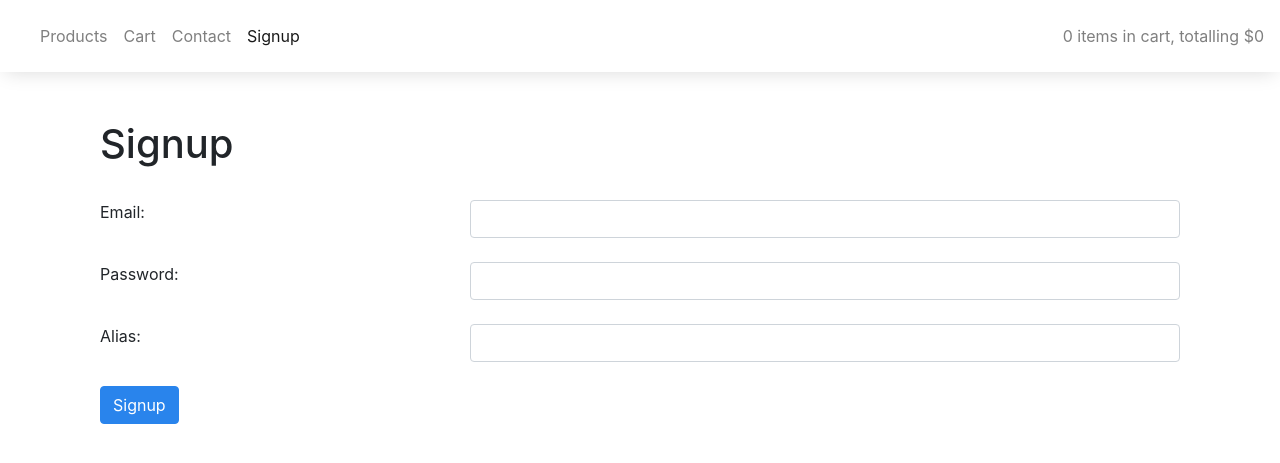
Repository: dayrim/wavecraft
Page: /signup
These files come from the project's save history. The page is drawn as it stood at one moment and after the next save; the edit follows.
The browser window is 1280 px wide. The pictures show the whole page.
The project was rebuilt for these pictures with package versions that can differ from the ones it lists, and the page was loaded fresh each time. Also part of the build but not shown: vue.config.js.

Above is the page before, as saved 2019-04-22 16:05:15.

After the next save:
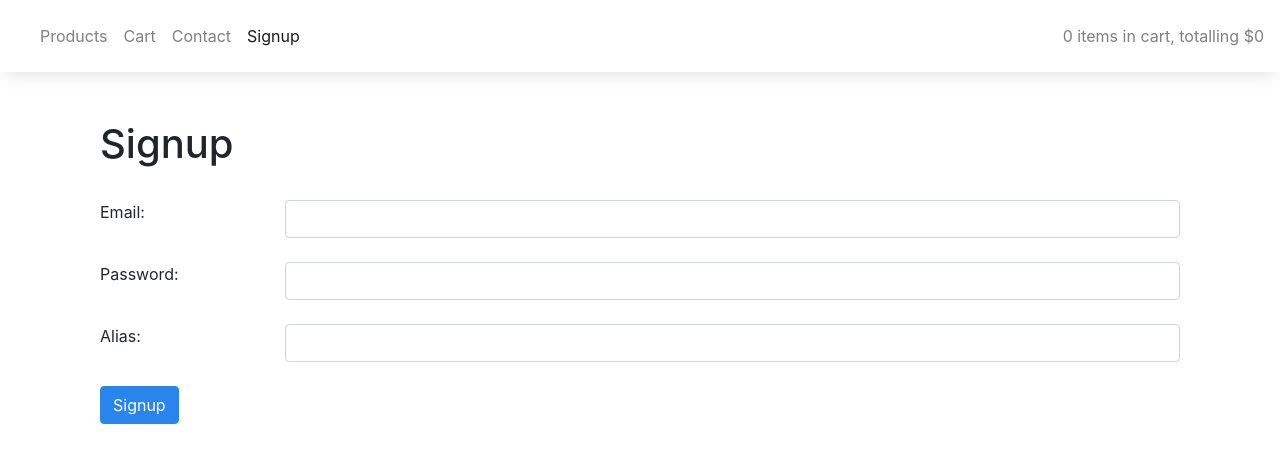
Saved 22 s later.
--- a/src/components/Signup.vue
+++ b/src/components/Signup.vue
@@ -4,17 +4,17 @@
     <br />
     <b-row>
       <b-col> <label for="email">Email:</label></b-col>
-      <b-col cols="8"> <b-form-input id="email" type="text"></b-form-input></b-col>
+      <b-col cols="10"> <b-form-input id="email" type="text"></b-form-input></b-col>
     </b-row>
     <br />
     <b-row>
       <b-col> <label for="password">Password:</label></b-col>
-      <b-col cols="8"> <b-form-input id="password" type="text"></b-form-input></b-col>
+      <b-col cols="10"> <b-form-input id="password" type="text"></b-form-input></b-col>
     </b-row>
     <br />
     <b-row>
       <b-col> <label for="alias">Alias:</label></b-col>
-      <b-col cols="8"> <b-form-input id="alias" type="text"></b-form-input></b-col>
+      <b-col cols="10"> <b-form-input id="alias" type="text"></b-form-input></b-col>
     </b-row>
 
     <br />
